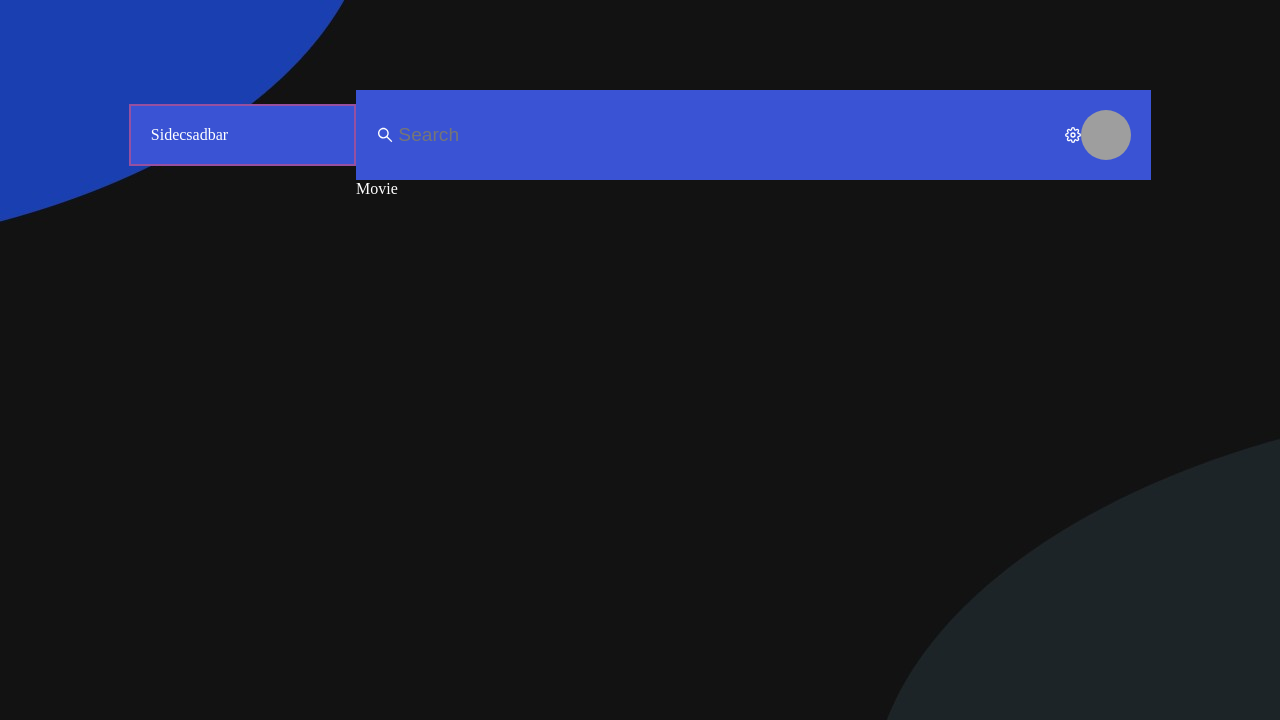
Repository: DevLaukey/movie-task
Page: /
The author's editor kept a copy of each file at every save. The page is drawn from the files as they stood at one save, then again after the next save.
The browser window is 1280 px wide. The pictures show the whole page.
Pictures or frames that could not be fetched are drawn as grey boxes. The project was rebuilt for these pictures with package versions that can differ from the ones it lists, and the page was loaded fresh each time. Also part of the build but not shown: src/components/Body/Movies.css.

Above is the page before, as saved 2022-06-15 13:30:33.

### src/App.js
import "./App.css"
import Body from "./components/Body/Body";
import Sidebar from "./components/Sidebar/Sidebar";

function App() {
  return (
    <main className="App">
      <div className="App__container">
        <Sidebar />
        <Body />
      </div>
    </main>
  );
}

export default App;

### src/index.css
*{
    padding: 0;
    margin: 0;
    box-sizing: border-box;

}

### src/features/counter/counterSlice.js
import { createAsyncThunk, createSlice } from '@reduxjs/toolkit';
import { fetchCount } from './counterAPI';

const initialState = {
  value: 0,
  status: 'idle',
};

// The function below is called a thunk and allows us to perform async logic. It
// can be dispatched like a regular action: `dispatch(incrementAsync(10))`. This
// will call the thunk with the `dispatch` function as the first argument. Async
// code can then be executed and other actions can be dispatched. Thunks are
// typically used to make async requests.
export const incrementAsync = createAsyncThunk(
  'counter/fetchCount',
  async (amount) => {
    const response = await fetchCount(amount);
    // The value we return becomes the `fulfilled` action payload
    return response.data;
  }
);

export const counterSlice = createSlice({
  name: 'counter',
  initialState,
  // The `reducers` field lets us define reducers and generate associated actions
  reducers: {
    increment: (state) => {
      // Redux Toolkit allows us to write "mutating" logic in reducers. It
      // doesn't actually mutate the state because it uses the Immer library,
      // which detects changes to a "draft state" and produces a brand new
      // immutable state based off those changes
      state.value += 1;
    },
    decrement: (state) => {
      state.value -= 1;
    },
    // Use the PayloadAction type to declare the contents of `action.payload`
    incrementByAmount: (state, action) => {
      state.value += action.payload;
    },
  },
  // The `extraReducers` field lets the slice handle actions defined elsewhere,
  // including actions generated by createAsyncThunk or in other slices.
  extraReducers: (builder) => {
    builder
      .addCase(incrementAsync.pending, (state) => {
        state.status = 'loading';
      })
      .addCase(incrementAsync.fulfilled, (state, action) => {
        state.status = 'idle';
        state.value += action.payload;
      });
  },
});

export const { increment, decrement, incrementByAmount } = counterSlice.actions;

// The function below is called a selector and allows us to select a value from
// the state. Selectors can also be defined inline where they're used instead of
// in the slice file. For example: `useSelector((state: RootState) => state.counter.value)`
export const selectCount = (state) => state.counter.value;

// We can also write thunks by hand, which may contain both sync and async logic.
// Here's an example of conditionally dispatching actions based on current state.
export const incrementIfOdd = (amount) => (dispatch, getState) => {
  const currentValue = selectCount(getState());
  if (currentValue % 2 === 1) {
    dispatch(incrementByAmount(amount));
  }
};

export default counterSlice.reducer;

### src/App.css
.App{
    background-image: url(../public/back.jpg);
    width: 100vw;
    height: 100vh;
    background-size: cover;
    background-repeat: no-repeat;
    color: #fff;
}
.App__container{
    position: absolute;
    display: flex;
    align-items: center;
    justify-content: center;
    padding: 10vh;
    width: 100%;
}

### src/components/Body/Body.js
import React from "react";
import "./Body.css";
import Movies from "./Movies";
import Nav from "./Nav/Nav";
function Body() {
  return (
    <div className="body">
      <Nav />
      <Movies />
    </div>
  );
}

export default Body;

### src/components/Sidebar/Sidebar.js
import React from 'react'
import "./Sidebar.css"
function Sidebar() {
  return (
    <div className="sidebar">Sidecsadbar</div>
  )
}

export default Sidebar

### src/components/Body/Body.css
.body{
    width: 70%;
}

### src/components/Body/Movies.js
import React from 'react'
import Movie from './Movie'
import "./Movies.css"
function Movies() {
  return (
      <div>
          <Movie />
    </div>
  )
}

export default Movies

### src/components/Body/Nav/Nav.js
import React from 'react'
import "./Nav.css"
import { AiOutlineSearch} from "react-icons/ai";
import { FiSettings } from "react-icons/fi";

function Nav() {
  return (
    <div className="nav">
      <div className="nav__search">
        <AiOutlineSearch style={{ color: "white", fontSize: "20" }} />
        <input
          className="nav__search__input"
          type="text"
          placeholder="Search"
        />
      </div>
      <div className="nav__icons">
        <FiSettings />
        <img
          src={`https://dt2sdf0db8zob.cloudfront.net/wp-content/uploads/2019/12/9-Best-Online-Avatars-and-How-to-Make-Your-Own-for-Free-image1-5.png`}
          alt=""
          className="nav__avatar"
        />
      </div>
    </div>
  );
}

export default Nav

### src/components/Sidebar/Sidebar.css
.sidebar{
    display:flex;
    width:20%;
    justify-content: space-between;
    align-items: center;
    padding: 20px 20px;
    background-color: #3a53d4;
    border: 2px solid rgba(158, 80, 158, 0.933);
}

### src/components/Body/Movie.js
import React from 'react'
import "./Movies.css"
function Movie() {
  return (
    <div>Movie</div>
  )
}

export default Movie

### src/components/Body/Nav/Nav.css
.nav {
  width: 100%;
  display: flex;
  justify-content: space-between;
  margin-top: 18px;
  align-items: center;
  padding: 20px 20px;
  background-color: #3a53d4;
}
.nav__search {
  display: flex;
  align-items: center;
}
.nav__search__input {
  width: 100%;
  border: none;
  background-color: #3a53d4;
  color: #fff;
  margin-left: 4px;
  font-size: 1.2em;
}

.nav__search__input:focus {
  outline: none;
}
.nav__icons{
    display: flex;
    align-items: center;
}
.nav__avatar{
  vertical-align: middle;
  width: 50px;
  height: 50px;
  border-radius: 50%
}

Loaded but not shown: public/index.html (common file); src/index.js (common file); src/app/store.js (common file); src/reportWebVitals.js (common file); src/features/counter/counterAPI.js (common file)

After the next save:
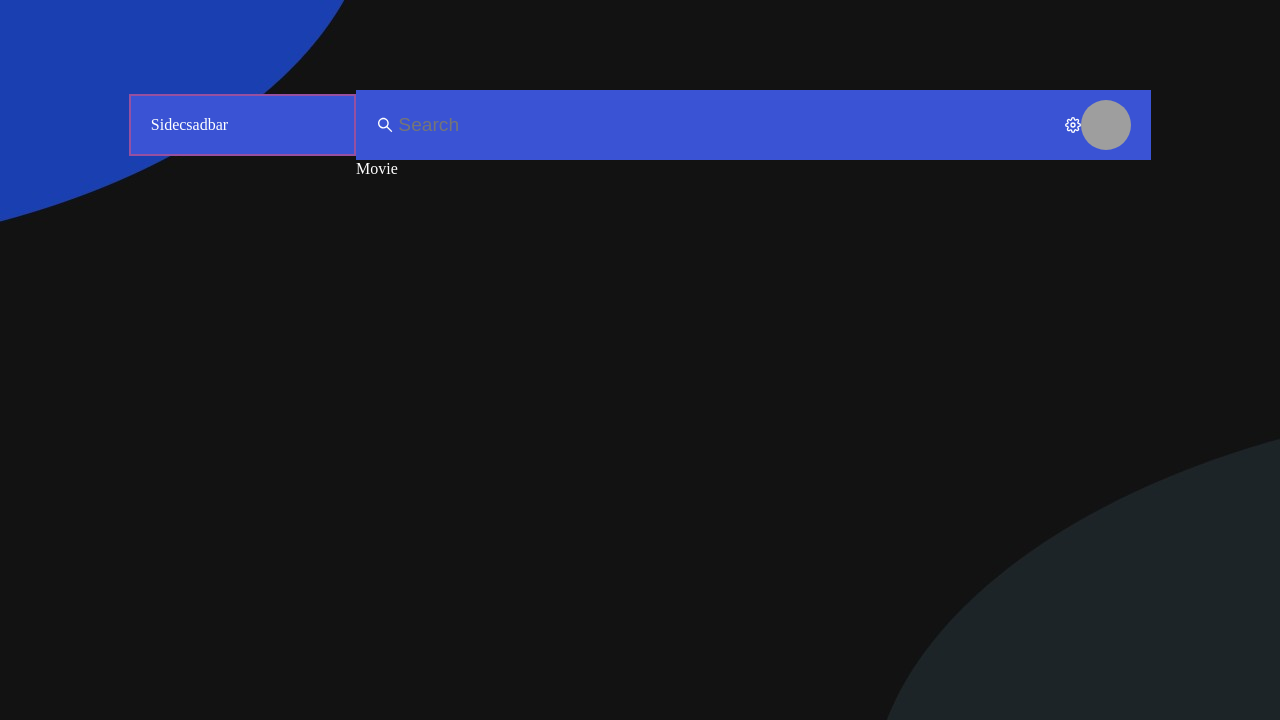
Saved 4 s later.
--- a/src/components/Body/Nav/Nav.css
+++ b/src/components/Body/Nav/Nav.css
@@ -4,7 +4,7 @@
   justify-content: space-between;
   margin-top: 18px;
   align-items: center;
-  padding: 20px 20px;
+  padding: 10px 20px;
   background-color: #3a53d4;
 }
 .nav__search {
